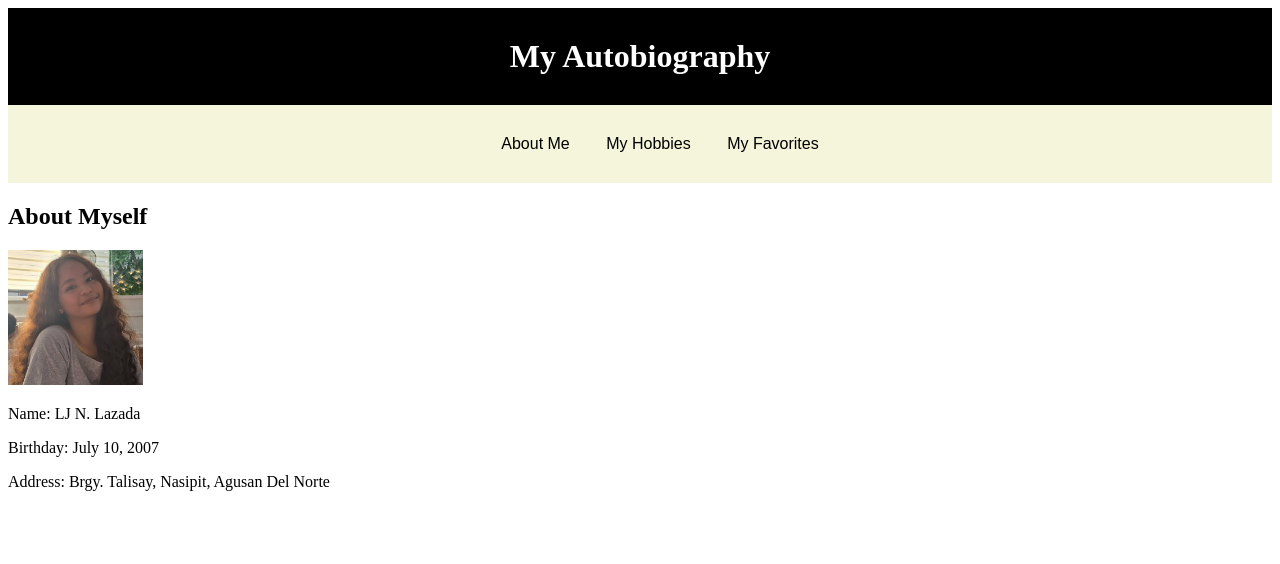
Repository: ljlazada11/MyHtmlCssActivity
Page: index.html
The author's editor kept a copy of each file at every save. The page is drawn from the files as they stood at one save, then again after the next save.
The browser window is 1280 px wide. The pictures show the whole page.

Above is the page before, as saved 2026-07-15 19:03:43.

### index.html
<!DOCTYPE html>
<html lang="en">
<head>
    <meta charset="UTF-8">
    <meta name="viewport" content="width=device-width, initial-scale=1.0">
    <title>My Information</title>
    <link rel="stylesheet" href="CSS/style.css">
    <link rel="icon" href="image/smcclogo.jpg" type="image/x-icon">
</head>
    <header>
        <h1 id="My-autobiography">My Autobiography</h1>
    <nav>
        <ul>
            <a href="About Me">About Me</a>
            <a href="My Hobbies">My Hobbies</a>
            <a href="My Favorites">My Favorites</a>
        </ul>
    </nav>
    </header>
<body>
    <h2>About Myself</h2>
    <img src="image/pic1.jpg" alt="pic1" class="myself">

    <article>
        <div class="About Me">
        <p>Name: LJ N. Lazada</p>
        <p>Birthday: July 10, 2007</p>
        <p>Address: Brgy. Talisay, Nasipit, Agusan Del Norte</p>
    </article>
</body>
</html>

### CSS/style.css
h1 {
    text-align: center;
    color: white;
    background-color: black;
    margin: 0;
    padding: 30px;
    box-sizing: border-box;
}
nav {
    background-color:beige;
    color: white;
    text-align: center;
    overflow: hidden;
    font-family: Arial, sans-serif;
}
nav a {
    display: inline-block;
    color: black;
    text-align: center;
    padding: 14px 16px;
    text-decoration: none;
}

img {
    margin-left: auto;
    width: 135px;
    height: 135px;

}
.AboutMe.container {
    display: flex;
    gap: 20px;
    align-items: flex-start;

}
.article {
    position: relative;
    margin-top: -9px;
}

After the next save:
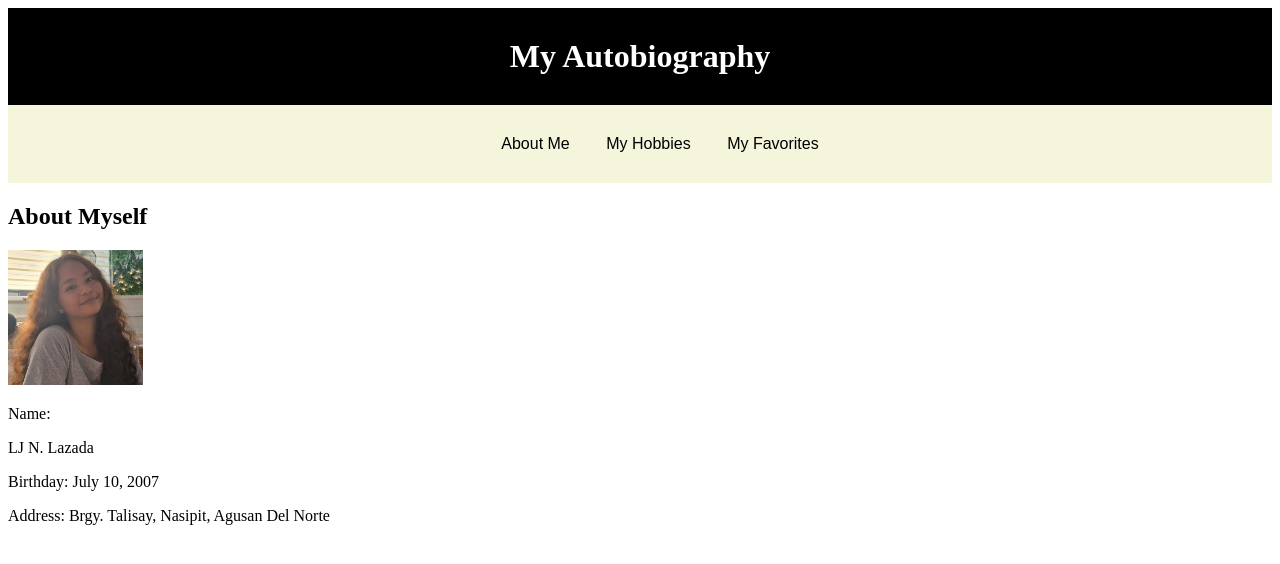
Saved 31 s later.
--- a/index.html
+++ b/index.html
@@ -23,7 +23,8 @@
 
     <article>
         <div class="About Me">
-        <p>Name: LJ N. Lazada</p>
+        <p>Name:</p>
+        <p>LJ N. Lazada</p>
         <p>Birthday: July 10, 2007</p>
         <p>Address: Brgy. Talisay, Nasipit, Agusan Del Norte</p>
     </article>
